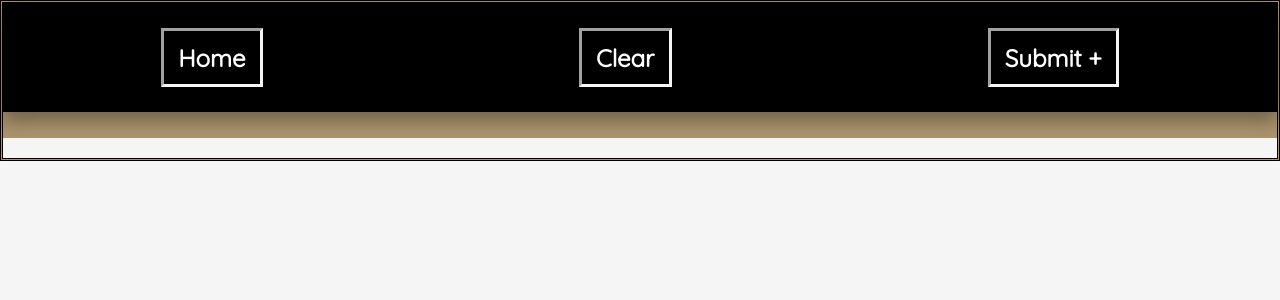
Repository: rickypcyt/ricky-react-portfolio
Page: /WebMural
These files come from the project's save history. The page is drawn as it stood at one moment and after the next save; the edit follows.
The browser window is 1280 px wide. The pictures show the whole page.
The project was rebuilt for these pictures with package versions that can differ from the ones it lists, and the page was loaded fresh each time. Also part of the build but not shown: src/Content.js, src/pages/Info.js, src/pages/Projects.js, src/pages/Contact.js, src/pages/NotesJS.js.

Above is the page before, as saved 2022-09-12 14:44:16.

### src/index.js
import React from "react";
import ReactDOM from "react-dom/client";
import "./index.css";
import App from "./App";
import reportWebVitals from "./reportWebVitals";
import { BrowserRouter, Routes, Route, Switch } from "react-router-dom";

const root = ReactDOM.createRoot(document.getElementById("root"));
root.render(
  <React.StrictMode>
    <BrowserRouter>
      <App />
    </BrowserRouter>
  </React.StrictMode>
);

// If you want to start measuring performance in your app, pass a function
// to log results (for example: reportWebVitals(console.log))
// or send to an analytics endpoint. Learn more: https://bit.ly/CRA-vitals
reportWebVitals();

### src/index.css
@import url("https://fonts.googleapis.com/css2?family=Quicksand");

input[type="file"] {
  display: none;
}
.container {
  top: 0%;
  left: 0%;
}
::marker {
  display: none;
}
.image-container {
  width: 100%;
  margin: auto;
  display: flex;
  flex-direction: row;
  justify-content: space-evenly;
  gap: 15px;
  padding: 10px;
}
body {
  line-height: 1;
  font-family: "Quicksand";
  font-size: large;
  margin: 2%;
  padding: 1%;
  border-style: double;
  margin-top: 3%;
  background: #ac946e;
}
ol {
  list-style: none;
  display: flex;
  padding: 0;
  justify-content: space-between;
  align-items: flex-start;
  display: flex;
  flex-wrap: wrap;
  align-content: center;
}
.content {
  position: absolute;
  right: calc(var(--pad) * 2);
  bottom: calc(var(--pad) * 2);
  white-space: nowrap;
}
.parrafo {
  line-height: 1.5;
  text-align: end;
  font-size: larger;
}
.parrafo span {
  display: block;
}
.titulo {
  margin: 0;
}
.oli {
  font-weight: bold;
  border-style: solid;
  font-size: x-large;
  padding: 1ch;
}
.descripcion {
  font-weight: lighter;
  font-style: oblique;
}
.oli:hover {
  color: black;
  border-style: dotted;
}
.page {
  padding-top: 2%;
  padding-bottom: 3%;
}
.pageContact {
  padding-top: 8%;
  padding-bottom: 9%;
}
.cabeceranavi {
  padding-bottom: 1%;
}
p {
  font-weight: bold;
}
a {
  color: black;
  text-decoration: none;
  padding: 0ch;
}
span {
  font-size: larger;
}
li {
  width: 7%;
  height: 10%;
}
ul {
  list-style-type: none;
  margin: 0%;
  display: flex;
  align-items: center;
  flex-direction: row;
  padding-top: 5%;
  padding-bottom: 5%;
  padding-left: 0%;
  justify-content: space-around;
}
.imagenes {
  display: block;
  height: auto;
  width: auto;
  padding-top: 5%;
  padding-bottom: 5%;
}

.imagenesproyect {
  position: relative;
}
.fixer {
  display: flex;
  flex-direction: row;
  justify-content: space-evenly;
  padding-bottom: 3%;
}
.overlay {
  position: absolute;
  top: 0.83cm;

  background: rgb(0, 0, 0);
  background: rgb(2, 0.3, 0.9, 0.6); /* Black see-through */
  color: #f1f1f1;
  width: 100%;
  transition: 0.5s ease;
  color: white;
  text-align: center;
  font-size: 20px;
  padding-top: 20px;
  padding-bottom: 20px;
  opacity: 0;
}
.imagenesproyect:hover .overlay {
  opacity: 1;
}
.overlay2 {
  position: absolute;
  bottom: 8%;
  background: rgb(0, 0, 0);
  background: rgba(40, 40, 40, 0.6); /* Black see-through */
  color: #f1f1f1;
  width: 100%;
  transition: 0.5s ease;
  color: white;
  text-align: center;
  font-size: 20px;
  padding-top: 20px;
  padding-bottom: 20px;
  opacity: 0;
}
.imagenesproyect:hover .overlay2 {
  opacity: 1;
}

.homeinfo {
  font-size: x-large;
}

@media screen and (max-width: 1340px) {
  .fixer {
    flex-direction: column;
    justify-content: center;
  }
  .imagenes {
    height: auto;
    width: 100%;
  }
  ol {
  }
}

.image-container {
  width: auto;
  margin: auto;
  /* display: flex; */
  flex-wrap: wrap;
  gap: 15px;
  padding: 10px;
}

.image-container img {
  max-width: 100%;
  max-height: 225px;
}

.container .image-container .image {
  border: 4px solid black;
  overflow: hidden;
  /* cursor: pointer; */
}

.container .image-container .image img {
  height: 100%;
  width: 100%;
}
@media (max-width: 700px) {
  .image-container img {
    max-height: -10px;
  }
}

.image:hover {
  transform: scale(1.15); /* (150% zoom - Note: if the zoom is too large, it will go outside of the viewport) */
}

.oli:hover {
  transform: scale(1.15); /* (150% zoom - Note: if the zoom is too large, it will go outside of the viewport) */
}

### src/App.js
import Content from "./Content";
import Info from "./pages/Info";
import Projects from "./pages/Projects";
import Contact from "./pages/Contact";
import WebMural from "./pages/WebMural";
import NotesJS from "./pages/NotesJS";
import { Route, Routes, Switch } from "react-router-dom";

function App() {
  return (
    <>
      <Routes>
        <Route path="/" element={<Content />}/>
        <Route path="/Projects" element={<Projects />} />
        <Route path="/Info" element={<Info />} />
        <Route path="/Contact" element={<Contact />} />
        <Route path="/WebMural" element={<WebMural />} />
        <Route path="/NotesJS" element={<NotesJS />} />
      </Routes>
    </>
  );
}
export default App;

### src/pages/WebMural.js
import React, { useState } from "react";
import "../csswebmural.css";

import { Link, useMatch, useResolvedPath } from "react-router-dom";

const UploadAndDisplayImage = () => {
  const [selectedFiles, setSelectedFiles] = useState([]);
  const handleImageChange = (e) => {
    setSelectedFiles([]);
    if (e.target.files) {
      const filesArray = Array.from(e.target.files).map((file) =>
        URL.createObjectURL(file)
      );
      setSelectedFiles((prevImages) => prevImages.concat(filesArray));
      Array.from(e.target.files).map((file) => URL.revokeObjectURL(file));
    }
  };

  const renderPhotos = (source) => {
    return source.map((photo) => {
      return (
        <div class="container">
          <figure class="image-container">
            <img className="image" src={photo} alt="" key={photo} />
          </figure>
        </div>
      );
    });
  };

  return (
    <main>
      <nav className="cabeceranavi">
        <ol>
          <div CustomLink="../" className="oli">
            Home
          </div>
          <nav className="oli" onClick={() => handleImageChange(null)}>
            Clear
          </nav>
          <label for="upload-button">
            <nav>
              <input
                type="file"
                id="upload-button"
                multiple="multiple"
                accept="image/*"
                onChange={handleImageChange}
              />
              <div class="oli"> Submit + </div>
            </nav>
          </label>
        </ol>
      </nav>
      {selectedFiles && (
        <div className="paddingimxd">
          <div class="image-container">{renderPhotos(selectedFiles)}</div>
        </div>
      )}
    </main>
  );
};

export default UploadAndDisplayImage;

function CustomLink({ to, children, ...props }) {
  const resolvedPath = useResolvedPath(to);
  const isActive = useMatch({ path: resolvedPath.pathname, end: true });
  return (
    <li className={isActive ? "active" : ""}>
      <Link to={to} {...props}>
        {children}
      </Link>
    </li>
  );
}

### src/csswebmural.css
@import url("https://fonts.googleapis.com/css2?family=Quicksand");

input[type="file"] {
  display: none;
}
.container {
  top: 0%;
  left: 0%;
}
::marker {
  display: none;
}
.paddingimxd {
  padding-top: 2%;
}
.image-container {
  width: 100%;
  margin: auto;
  display: flex;
  flex-direction: row;
  justify-content: space-evenly;
  gap: 15px;
  padding: 10px;
  background-color: whitesmoke;
}
html {
  background: whitesmoke;
}

body {
  line-height: 1;
  font-family: "Quicksand";
  font-size: large;
  margin: 0%;
  padding: 0%;
}
main {
  top: 10%;
}
ol {
  list-style: none;
  display: flex;
  padding: 0;
  align-items: flex-start;
  justify-content: space-around;
  display: flex;
  flex-wrap: wrap;
  align-content: center;
  margin: 0;
}
.content {
  position: absolute;
  right: calc(var(--pad) * 2);
  bottom: calc(var(--pad) * 2);
  white-space: nowrap;
}
.parrafo {
  line-height: 1.5;
  text-align: end;
  font-size: larger;
}
.parrafo span {
  display: block;
}
.titulo {
  margin: 0;
}
.oli {
  font-weight: bold;
  border-style: inset;
  border-color: whitesmoke;
  color: white;

  font-size: x-large;
  padding: 1ch;
}
.descripcion {
  font-weight: lighter;
  font-style: oblique;
}
.oli:hover {
  color: whitesmoke;
  border-style: outset;
  border-color: whitesmoke;
}
.page {
  padding-top: 2%;
  padding-bottom: 3%;
}
.pageContact {
  padding-top: 8%;
  padding-bottom: 9%;
}
.cabeceranavi {
  padding-bottom: 2%;
  padding-top: 2%;
  background-color: black;
  box-shadow: 0 10px 16px 0 rgb(0 0 0 / 20%), 0 6px 20px 0 rgb(0 0 0 / 19%) !important;
}
p {
  font-weight: bold;
}
a {
  color: black;
  text-decoration: none;
  padding: 0ch;
}
span {
  font-size: larger;
}
li {
  width: 7%;
  height: 10%;
}
ul {
  list-style-type: none;
  margin: 0%;
  display: flex;
  align-items: center;
  flex-direction: row;
  padding-top: 5%;
  padding-bottom: 5%;
  padding-left: 0%;
  justify-content: space-around;
}
.imagenes {
  display: block;
  height: auto;
  width: auto;
  padding-top: 5%;
  padding-bottom: 5%;

}

.imagenesproyect {
  position: relative;
}
.fixer {
  display: flex;
  flex-direction: row;
  justify-content: space-evenly;
  padding-bottom: 3%;
}
.overlay {
  position: absolute;
  top: 0.83cm;

  background: rgb(0, 0, 0);
  background: rgb(2, 0.3, 0.9, 0.6); /* Black see-through */
  color: #f1f1f1;
  width: 100%;
  transition: 0.5s ease;
  color: white;
  text-align: center;
  font-size: 20px;
  padding-top: 20px;
  padding-bottom: 20px;
  opacity: 0;
}
.imagenesproyect:hover .overlay {
  opacity: 1;
}
.overlay2 {
  position: absolute;
  bottom: 8%;
  background: rgb(0, 0, 0);
  background: rgba(40, 40, 40, 0.6); /* Black see-through */
  color: #f1f1f1;
  width: 100%;
  transition: 0.5s ease;
  color: white;
  text-align: center;
  font-size: 20px;
  padding-top: 20px;
  padding-bottom: 20px;
  opacity: 0;
}
.imagenesproyect:hover .overlay2 {
  opacity: 1;
}

.homeinfo {
  font-size: x-large;
}

@media screen and (max-width: 1340px) {
  .fixer {
    flex-direction: column;
    justify-content: center;
  }
  .imagenes {
    height: auto;
    width: 100%;
  }
  ol {
  }
}

.image-container {
  width: auto;
  margin: auto;
  /* display: flex; */
  flex-wrap: wrap;
  gap: 15px;
  padding: 10px;
}

.image-container img {
  max-width: 100%;
  max-height: 225px;
}

.container .image-container .image {
  border: 4px solid black;
  overflow: hidden;

  /* cursor: pointer; */
}

.container .image-container .image img {
  height: 100%;
  width: 100%;
}
@media (max-width: 700px) {
  .image-container img {
    max-height: -10px;
  }
}

.image:hover {
  box-shadow: 0 10px 16px 0 rgb(0 0 0 / 20%), 0 6px 20px 0 rgb(0 0 0 / 19%) !important;

  transform: scale(
    1.15
  ); /* (150% zoom - Note: if the zoom is too large, it will go outside of the viewport) */
}

Loaded but not shown: public/index.html (common file); src/reportWebVitals.js (common file)

After the next save:
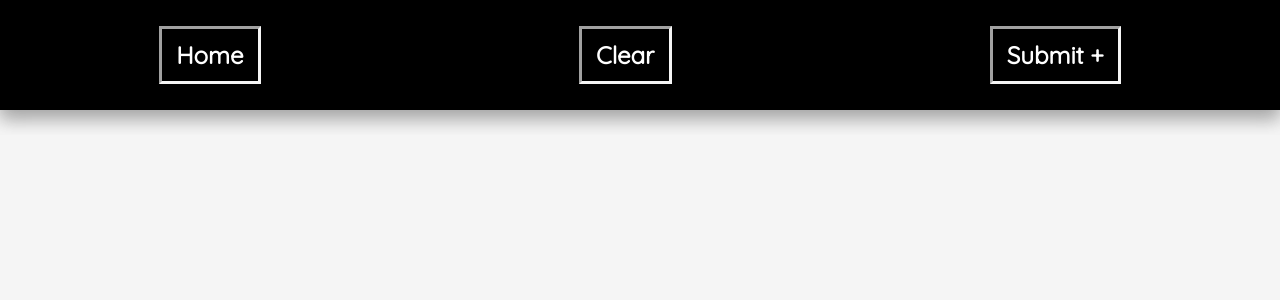
Saved 14 s later.
--- a/src/csswebmural.css
+++ b/src/csswebmural.css
@@ -33,6 +33,8 @@ body {
   font-size: large;
   margin: 0%;
   padding: 0%;
+  background: whitesmoke;
+    border-style: none;
 }
 main {
   top: 10%;
